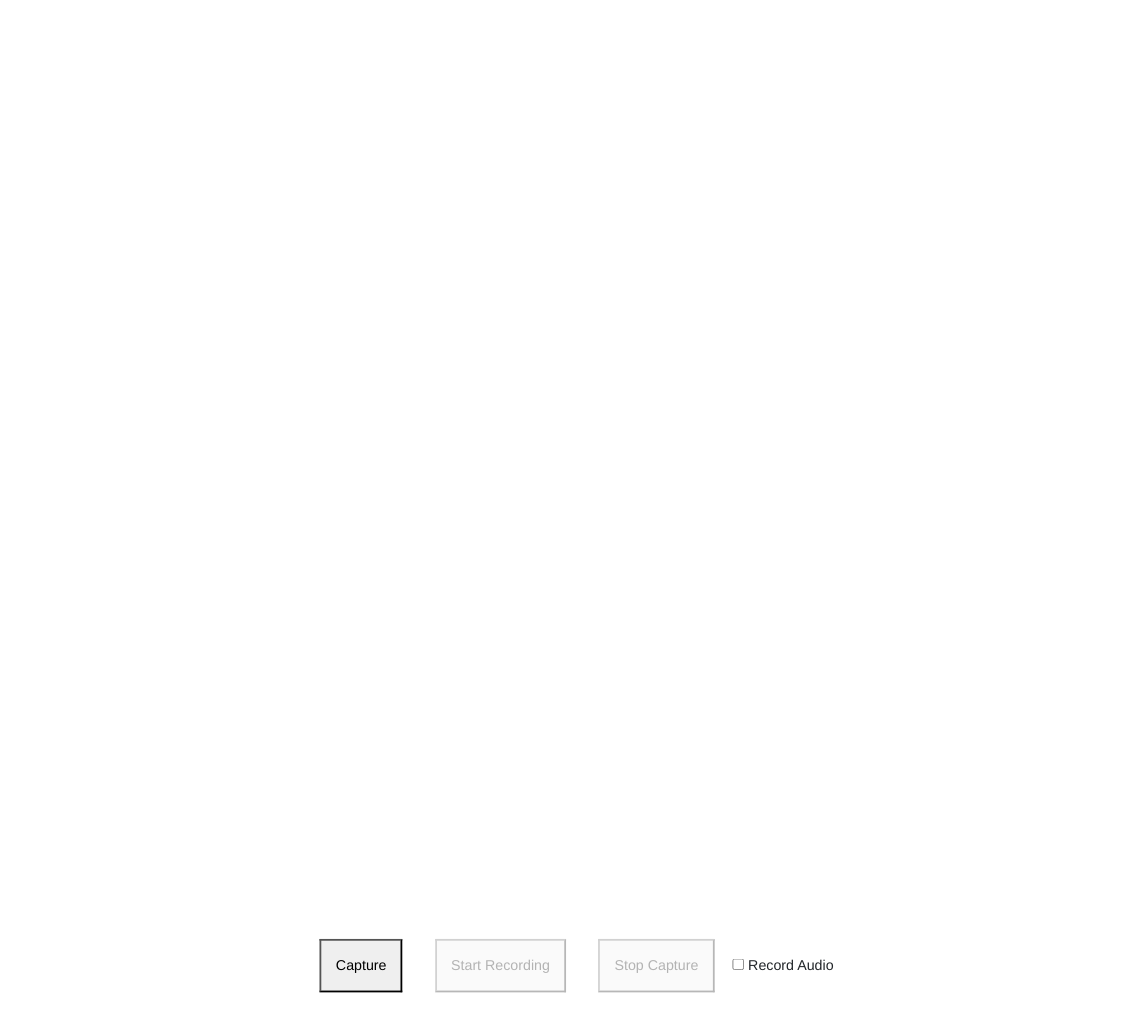
Repository: santiljanomalaj/recording_youtube
Page: index.html
These files come from the project's save history. The page is drawn as it stood at one moment and after the next save; the edit follows.
The browser window is 1280 px wide. The pictures show the whole page, at 89% of full size.

Above is the page before, as saved 2020-04-29 18:05:59.

After the next save:
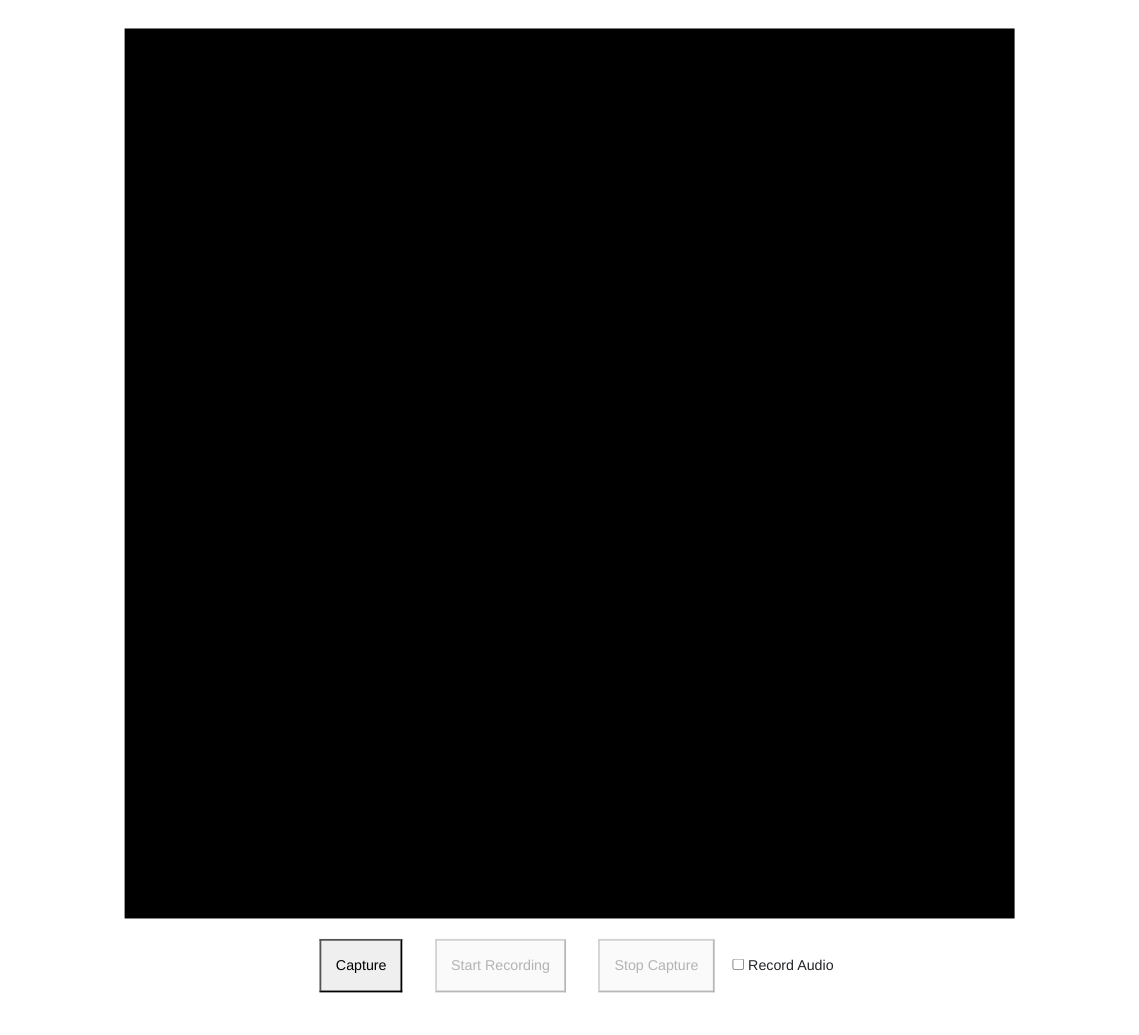
Saved 24 s later.
--- a/index.html
+++ b/index.html
@@ -27,7 +27,11 @@
       <p id="warning">
         Enable chrome://flags/#enable-experimental-web-platform-features
       </p>
-      <video id="videoElement" autoplay></video>
+      <video
+        style="background-color: black;"
+        id="videoElement"
+        autoplay
+      ></video>
       <br />
       <button id="captureBtn">Capture</button>
       <button id="startBtn" disabled>Start Recording</button>
